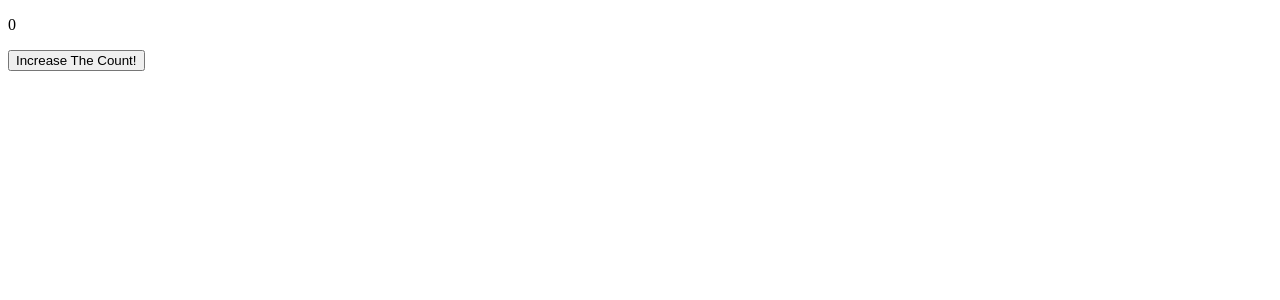
Repository: a-rydzak/Java
Page: http://localhost/Counter/Click
The author's editor kept a copy of each file at every save. The page is drawn from the files as they stood at one save, then again after a run of saves.
The browser window is 1280 px wide. The pictures show the whole page.
The page is served by Tomcat 9.

Above is the page before, as saved 2019-07-12 15:18:35.

After the next 2 saves:
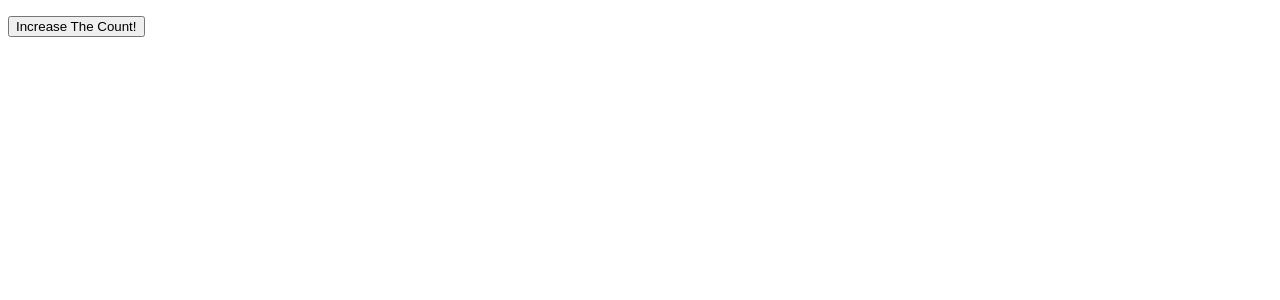
The 2 saves are shown as one change because 1 did not build or start.
The last was saved 3 min 48 s later.
--- a/Java MVC/ButtonClicker/Counter/src/com/andrewrydzak/web/controllers/Click.java
+++ b/Java MVC/ButtonClicker/Counter/src/com/andrewrydzak/web/controllers/Click.java
@@ -30,11 +30,16 @@
 	 */
 	protected void doGet(HttpServletRequest request, HttpServletResponse response) throws ServletException, IOException {
 		// TODO Auto-generated method stub
-
 		HttpSession session = request.getSession();
-        session.setAttribute("count", 0);
+		if(session != null) {
+	        RequestDispatcher view = request.getRequestDispatcher("/WEB-INF/views/Click.jsp");
+	        view.forward(request, response);
+		}else {
+		HttpSession newSession = request.getSession();
+        newSession.setAttribute("count", 0);
         RequestDispatcher view = request.getRequestDispatcher("/WEB-INF/views/Click.jsp");
         view.forward(request, response);
+		}
 	}
 
 	/**

After the save that followed:
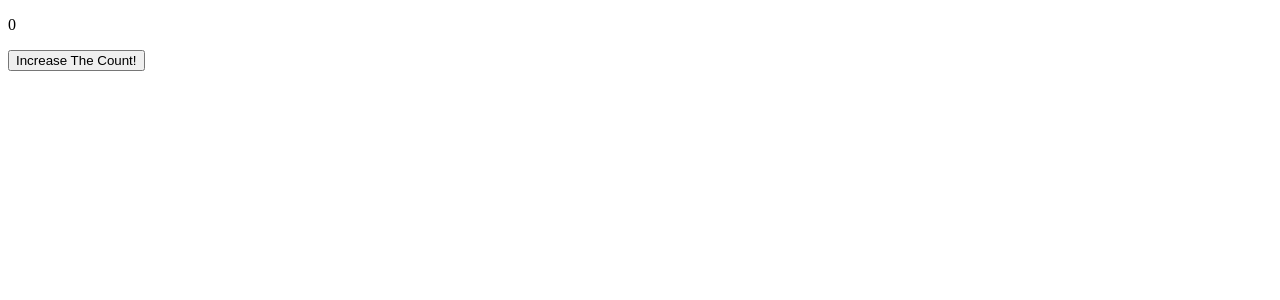
Saved 2 min 20 s later.
--- a/Java MVC/ButtonClicker/Counter/src/com/andrewrydzak/web/controllers/Click.java
+++ b/Java MVC/ButtonClicker/Counter/src/com/andrewrydzak/web/controllers/Click.java
@@ -30,7 +30,7 @@
 	 */
 	protected void doGet(HttpServletRequest request, HttpServletResponse response) throws ServletException, IOException {
 		// TODO Auto-generated method stub
-		HttpSession session = request.getSession();
+		HttpSession session = request.getSession(false);
 		if(session != null) {
 	        RequestDispatcher view = request.getRequestDispatcher("/WEB-INF/views/Click.jsp");
 	        view.forward(request, response);
